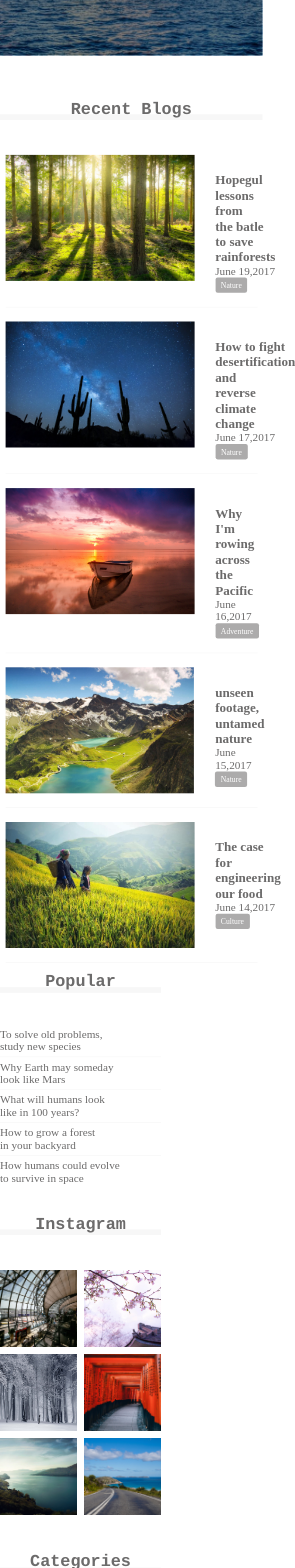
Repository: katayama-Web/html-practice
Page: caravan/index.html
The author's editor kept a record of every edit. The page is drawn from the files as they stood at one moment, then again after the next edit.
The browser window is 375 px wide. The page is 422 px wide, so the pictures cover 422 px, including what lies to the right of the window. The pictures show the part of the page from y = 336 to 2576 px (the page is 3065 px tall before and 3768 px after), at 70% of full size.
Some web libraries are served in a nearby version.

Above is the page before.

After the next edit:
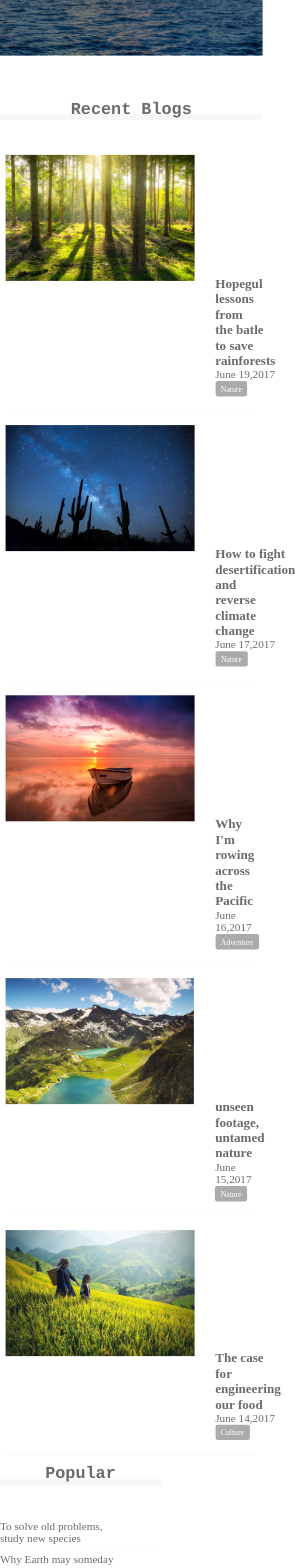
The edit:
--- a/caravan/style.css
+++ b/caravan/style.css
@@ -253,4 +253,9 @@
     width: 40%;
   }
 
-}
+  .blog-text {
+    width:40%;
+    padding-top: 48%;
+  }
+
+}
